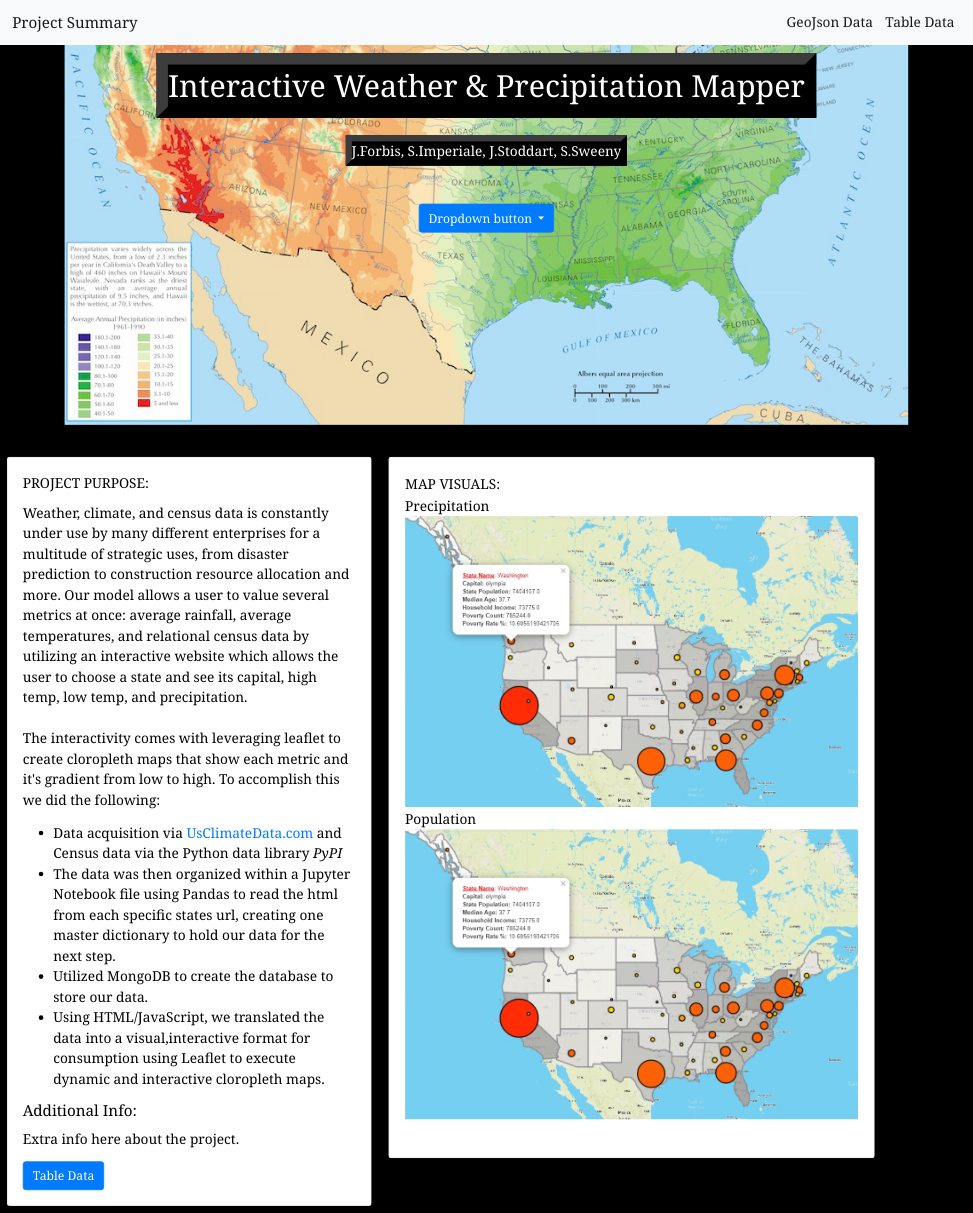
Repository: jforbis/project3-weathermap
Page: http://localhost/
These files come from the project's save history. The page is drawn as it stood at one moment and after the next save; the edit follows.
The browser window is 1280 px wide. The pictures show the whole page, at 76% of full size.
Backgrounds fixed to the window are drawn as part of the page. The page is served by the project's application, run on Flask 3 (app.py).

Above is the page before, as saved 2021-03-16 16:52:04.

After the next save:
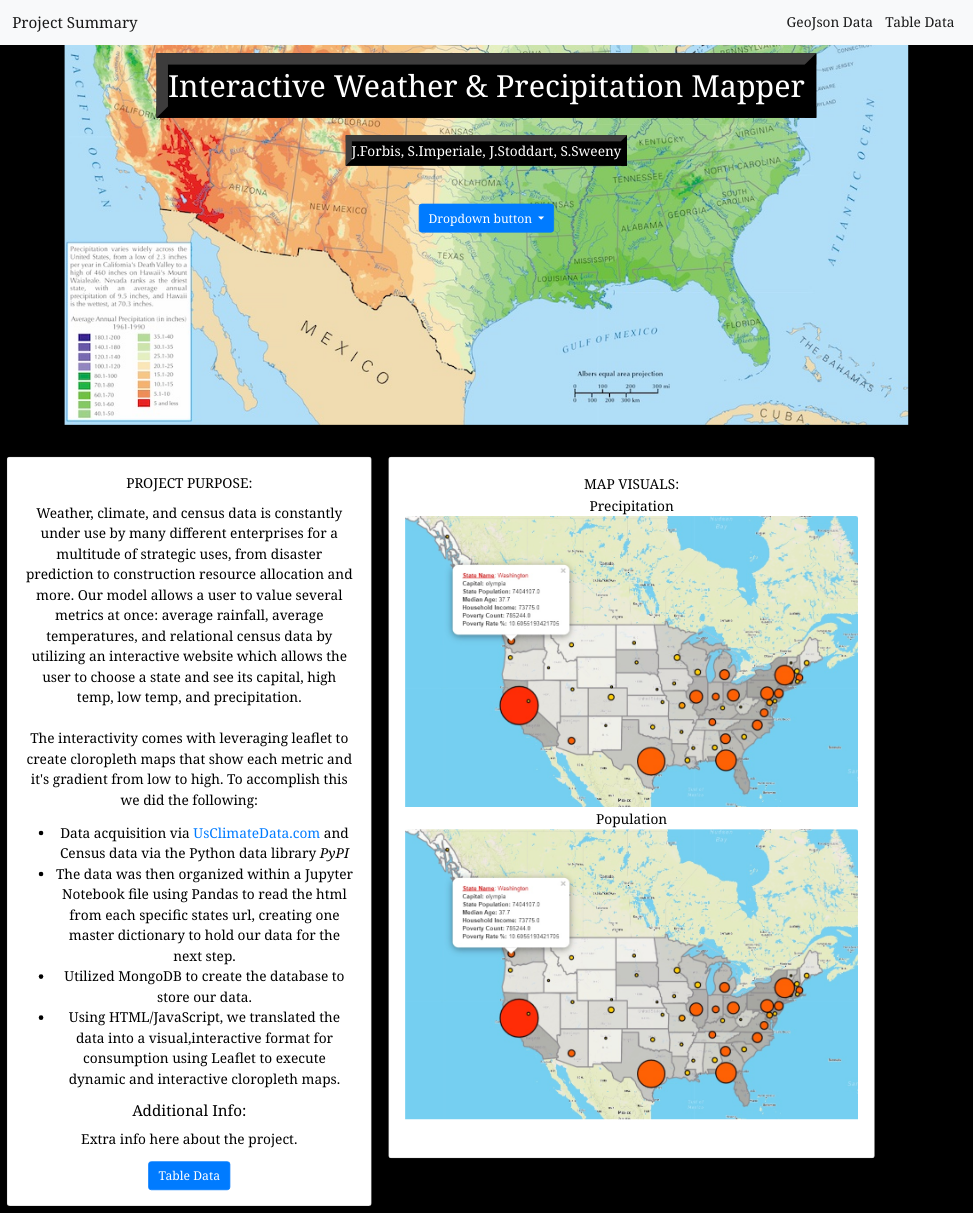
Saved 8 s later.
--- a/static/css/style.css
+++ b/static/css/style.css
@@ -160,5 +160,5 @@ h2 {
 table tr th.sticky-top { 	top: 70px; }
 
 tr {
-  "text-align: center;"
+  text-align: center;
 }
